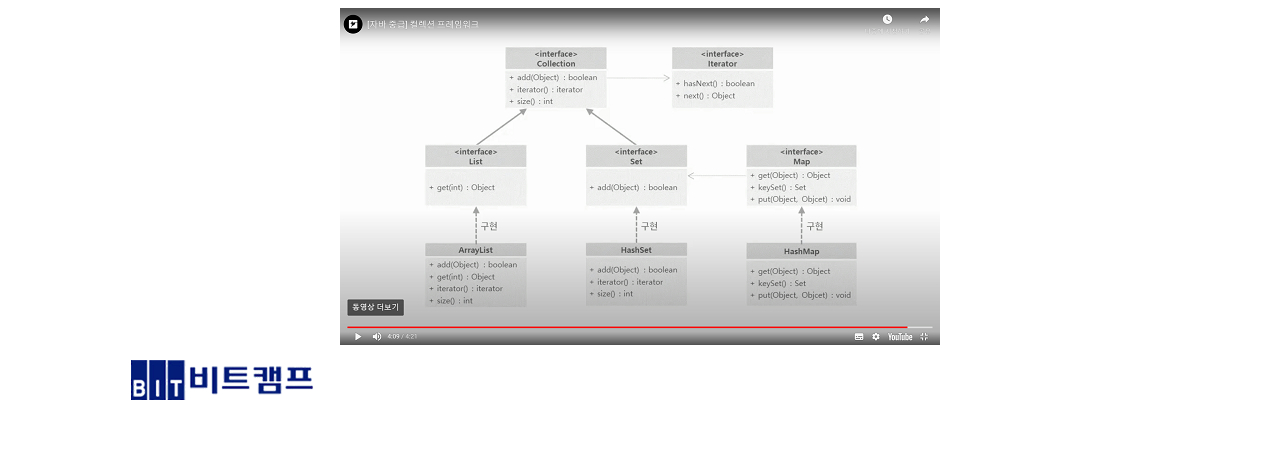
Repository: Lee-seongBeom/bitclass
Page: http://localhost/web08/
The author's editor kept a copy of each file at every save. The page is drawn from the files as they stood at one save, then again after the next save.
The browser window is 1280 px wide. The pictures show the whole page.
The page is served by Tomcat 9. Other server files are loaded and not shown.

Above is the page before, as saved 2020-07-07 05:37:28.

### web/web08/WebContent/index.jsp
<%@ page language="java" contentType="text/html; charset=EUC-KR"
    pageEncoding="EUC-KR"%>
<!DOCTYPE html PUBLIC "-//W3C//DTD HTML 4.01 Transitional//EN" "http://www.w3.org/TR/html4/loose.dtd">
<html>
<head>
<meta http-equiv="Content-Type" content="text/html; charset=EUC-KR">
<title>Insert title here</title>
</head>
<body>

            <center>
            <img alt="" src="img/img01.png">
            </center>
<%@ include file ="/template/header.jspf" %>
</body>
</html>

### web/web08/WebContent/template/header.jspf
<%@ page language="java" contentType="text/html; charset=EUC-KR"
    pageEncoding="EUC-KR"%>
<table width="1024" align="center">
      <tr>
         <td>
            <img alt="" src="img/logo.png">
         </td>
      </tr>

### web/web08/WebContent/template/menu.jspf
<%@ page language="java" contentType="text/html; charset=EUC-KR"
    pageEncoding="EUC-KR"%>
 <tr>
         <td align="center" bgcolor="#cccccc">
            <a href="index.jsp">[HOME]</a>
            <a href="emp/list.jsp">[E M P]</a>
            <a href="dept/list.jsp">[DEPT]</a>
            <a href="login/form.jsp">[LOGIN]</a>
         </td>
      </tr>
      <tr>
         <td>
            <!-- content start -->

After the next save:
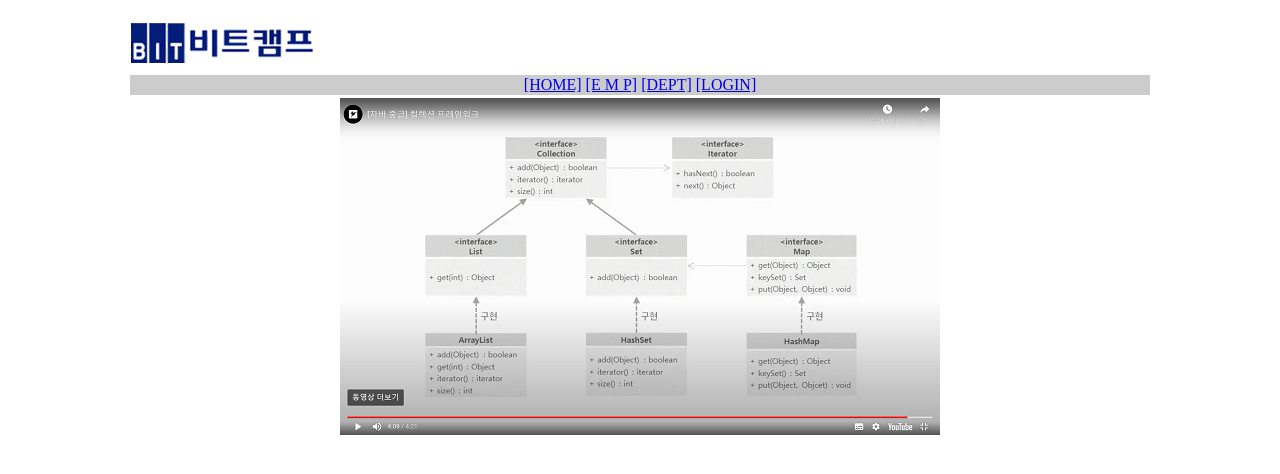
Saved 18 s later.
--- a/web/web08/WebContent/index.jsp
+++ b/web/web08/WebContent/index.jsp
@@ -7,10 +7,10 @@
 <title>Insert title here</title>
 </head>
 <body>
-
+<%@ include file ="/template/header.jspf" %>
+<%@ include file="template/menu.jspf" %>
             <center>
             <img alt="" src="img/img01.png">
             </center>
-<%@ include file ="/template/header.jspf" %>
 </body>
 </html>
